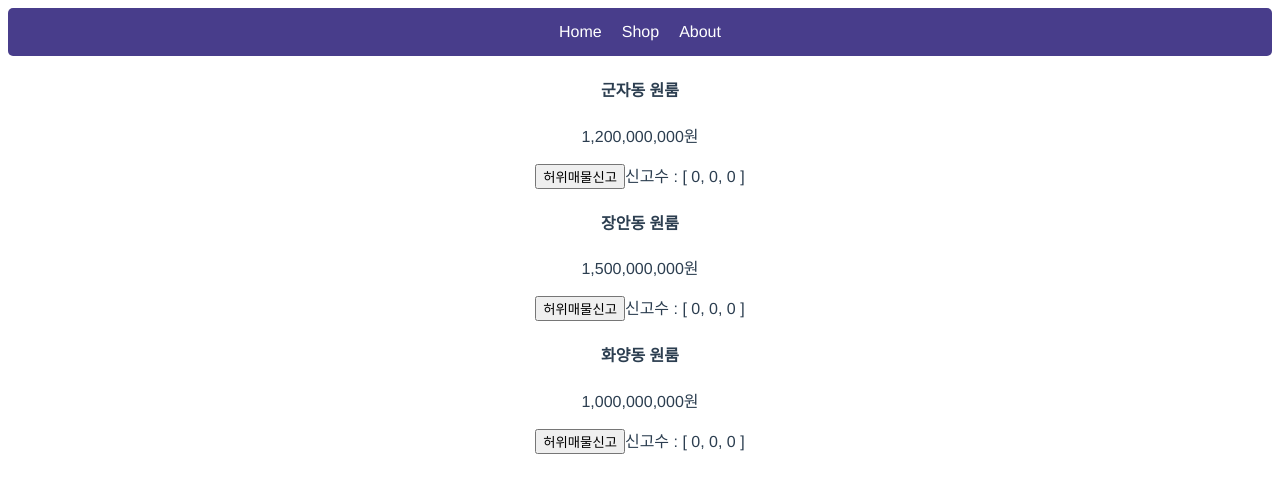
Repository: jy0813/Function
Page: / (app in function/)
The author's editor kept a copy of each file at every save. The page is drawn from the files as they stood at one save, then again after the next save.
The browser window is 1280 px wide. The pictures show the whole page.
The project was rebuilt for these pictures with package versions that can differ from the ones it lists, and the page was loaded fresh each time.

Above is the page before, as saved 2022-02-23 15:38:19.

After the next save:
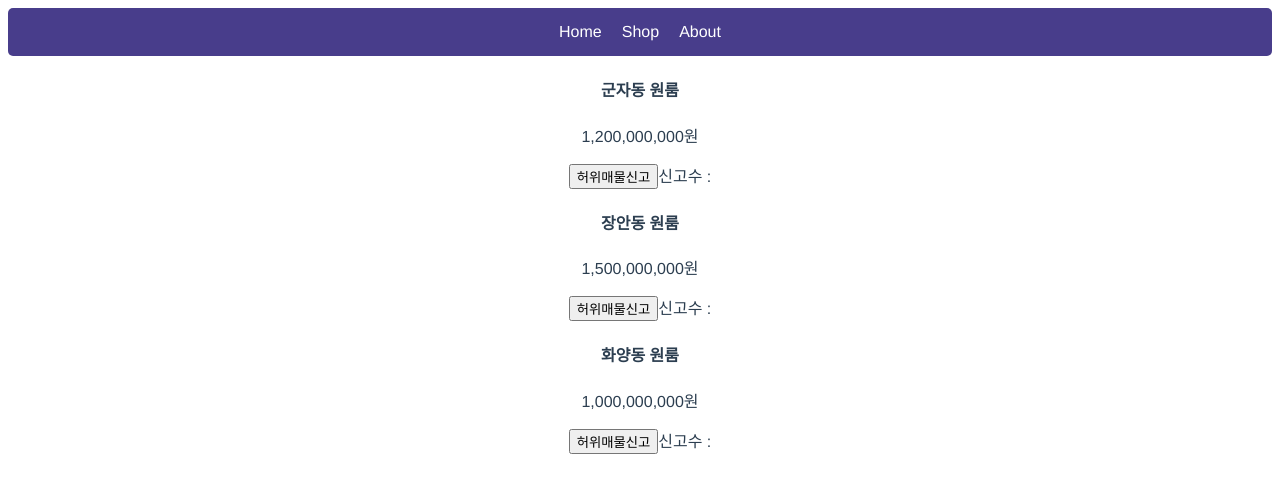
Saved 25 s later.
--- a/function/src/App.vue
+++ b/function/src/App.vue
@@ -22,17 +22,19 @@ export default {
         {
           address:'군자동 원룸',
           price:'1200000000',
+          report:0,
         },
         {
           address:'장안동 원룸',
           price:'1500000000',
+          report:0,
         },
         {
           address:'화양동 원룸',
           price:'1000000000',
+          report:0,
         }
       ],
-      report:[0,0,0],
     }
   },
    methods: {
